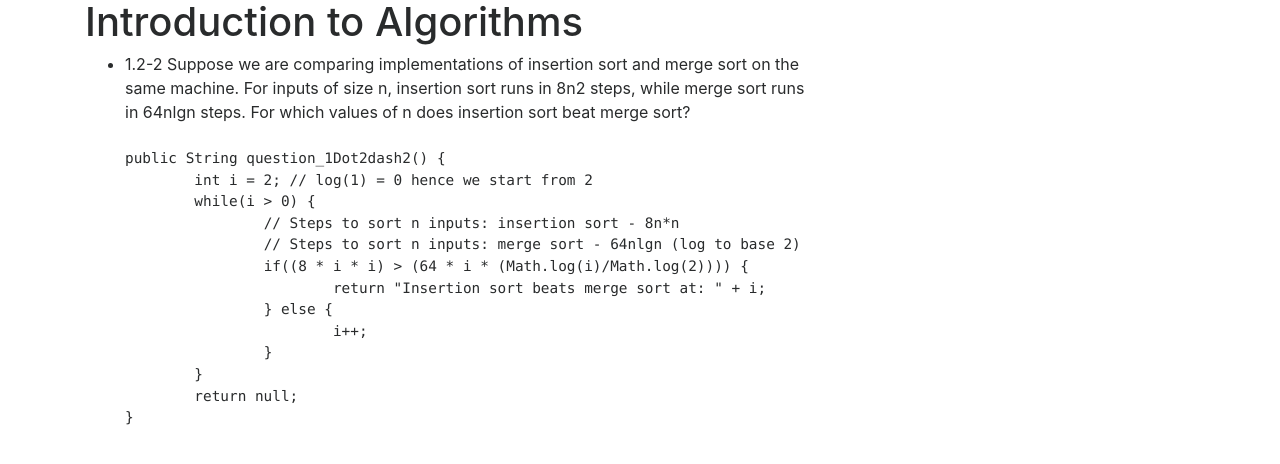
Repository: baltejas/algorithms
Page: algorithms/src/main/webapp/WEB-INF/views/index.html
The author's editor kept a copy of each file at every save. The page is drawn from the files as they stood at one save, then again after the next save.
The browser window is 1280 px wide. The pictures show the whole page.

Above is the page before, as saved 2017-05-06 18:26:59.

After the next save:
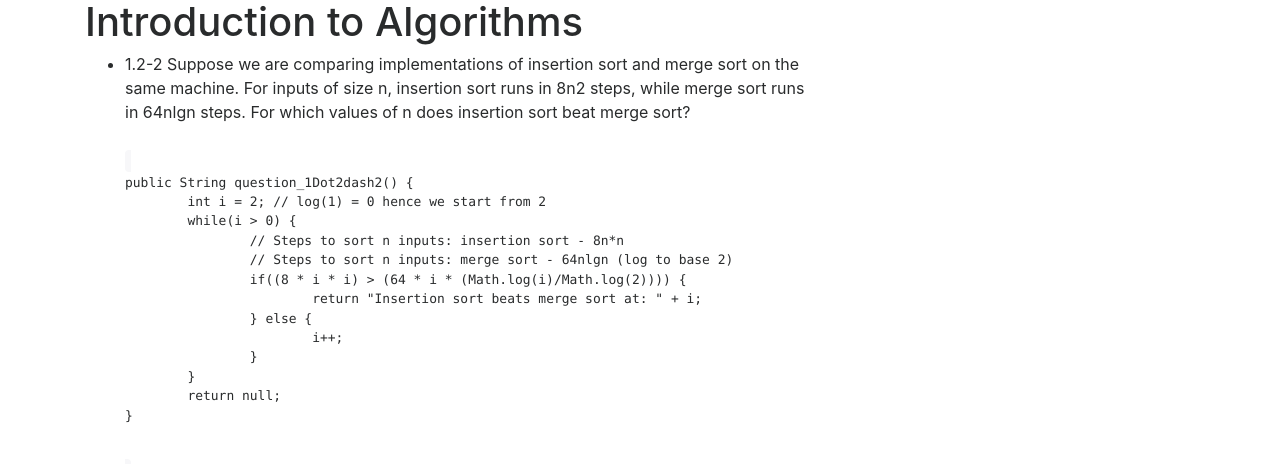
Saved 41 s later.
--- a/algorithms/src/main/webapp/WEB-INF/views/index.html
+++ b/algorithms/src/main/webapp/WEB-INF/views/index.html
@@ -11,7 +11,7 @@
 						<li>1.2-2 Suppose we are comparing implementations of insertion sort and merge sort on the same machine.
 							For inputs of size n, insertion sort runs in 8n2 steps, while merge sort runs in 64nlgn steps.
 							For which values of n does insertion sort beat merge sort?<br><br>
-								<pre>
+								<code><pre>
 public String question_1Dot2dash2() {
 	int i = 2; // log(1) = 0 hence we start from 2
 	while(i > 0) {
@@ -25,7 +25,7 @@
 	}
 	return null;
 }
-								</pre>
+								</pre></code>
 						</li>
 					</ul>
 				</div>

After the save that followed:
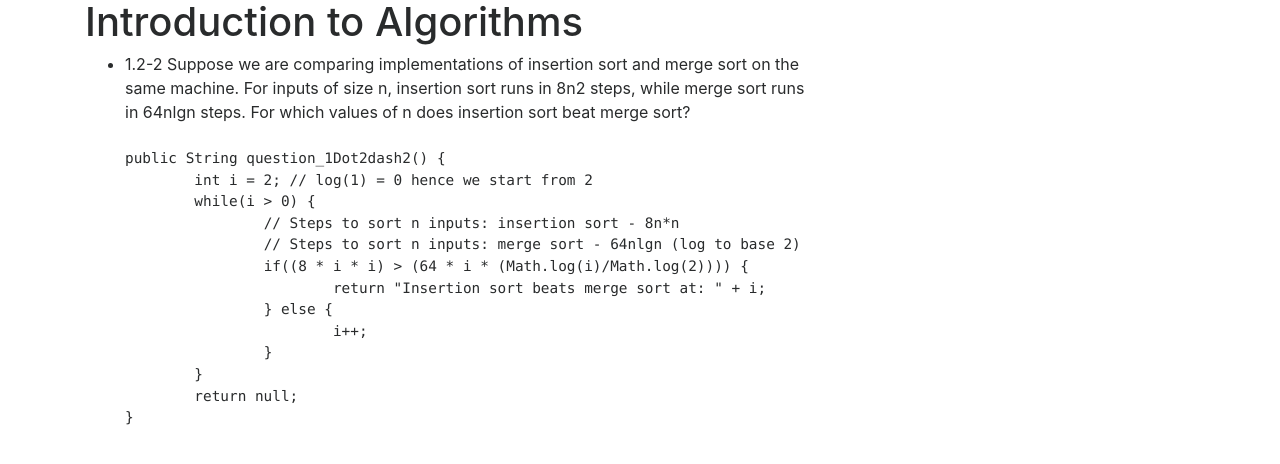
Saved 7 s later.
--- a/algorithms/src/main/webapp/WEB-INF/views/index.html
+++ b/algorithms/src/main/webapp/WEB-INF/views/index.html
@@ -11,7 +11,7 @@
 						<li>1.2-2 Suppose we are comparing implementations of insertion sort and merge sort on the same machine.
 							For inputs of size n, insertion sort runs in 8n2 steps, while merge sort runs in 64nlgn steps.
 							For which values of n does insertion sort beat merge sort?<br><br>
-								<code><pre>
+								<pre>
 public String question_1Dot2dash2() {
 	int i = 2; // log(1) = 0 hence we start from 2
 	while(i > 0) {
@@ -25,7 +25,7 @@
 	}
 	return null;
 }
-								</pre></code>
+								</pre>
 						</li>
 					</ul>
 				</div>
